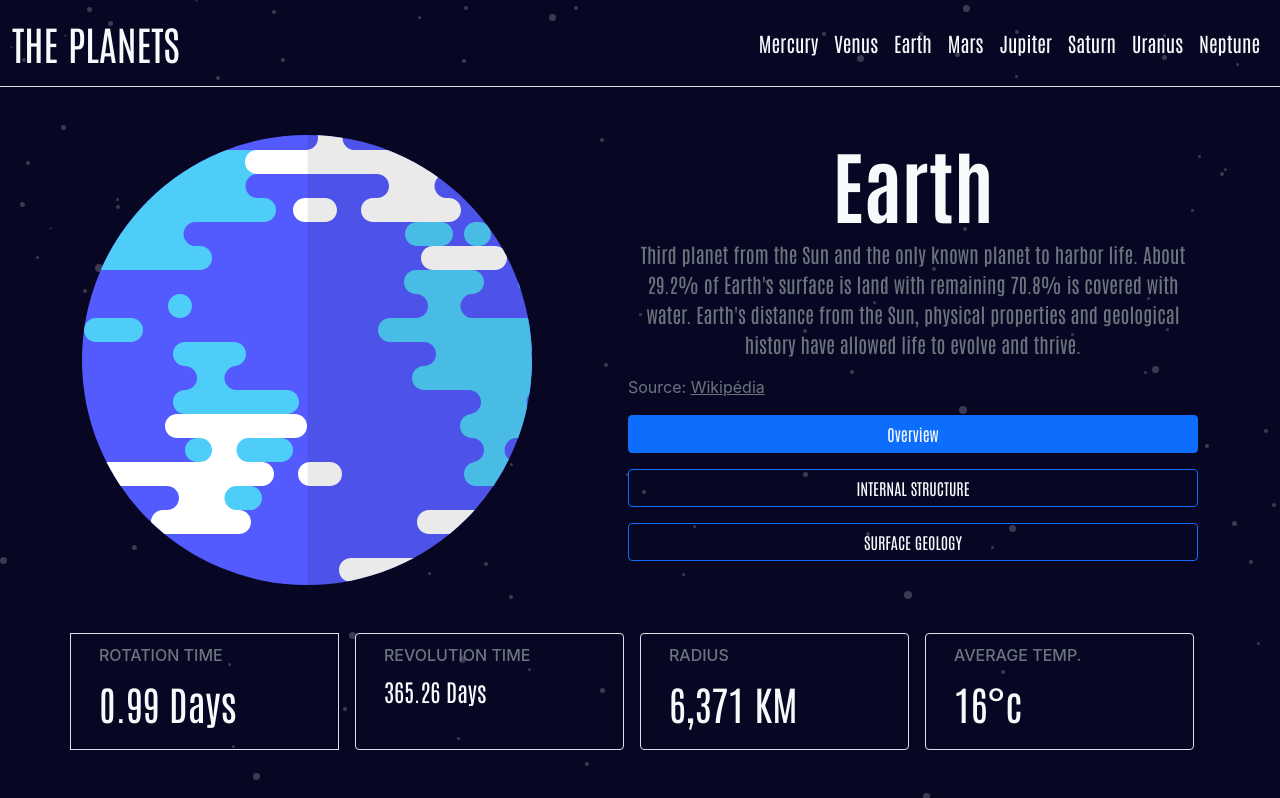
Repository: andre06x/the-planets
Page: /
The author's editor kept a copy of each file at every save. The page is drawn from the files as they stood at one save, then again after the next save.
The browser window is 1280 px wide. The pictures show the whole page.
The project was rebuilt for these pictures with package versions that can differ from the ones it lists, and the page was loaded fresh each time.

Above is the page before, as saved 2021-10-19 16:38:21.

### public/index.html
<!DOCTYPE html>
<html lang="en">

<head>
  <meta charset="utf-8" />
  <link rel="icon" href="%PUBLIC_URL%/favicon.ico" />
  <meta name="viewport" content="width=device-width, initial-scale=1" />
  <meta name="theme-color" content="#000000" />
  <link rel="preconnect" href="https://fonts.googleapis.com">
  <link rel="preconnect" href="https://fonts.gstatic.com" crossorigin>
  <link href="https://fonts.googleapis.com/css2?family=Antonio:wght@400;500;600;700&display=swap" rel="stylesheet">
  <meta name="description" content="Web site created using create-react-app" />
  <link rel="apple-touch-icon" href="%PUBLIC_URL%/logo192.png" />
  <link rel="manifest" href="%PUBLIC_URL%/manifest.json" />
  <link rel="stylesheet" href="%PUBLIC_URL%/bootstrap-5.1.3-dist/css/bootstrap.min.css">
  <title>React App</title>
</head>

<body>
  <noscript>You need to enable JavaScript to run this app.</noscript>
  <div id="root"></div>
  <script src="./bootstrap-5.1.3-dist/js/bootstrap.min.js"></script>
</body>

</html>

### src/index.js
import React from 'react';
import ReactDOM from 'react-dom';
import App from './App';
import reportWebVitals from './reportWebVitals';
import Global from './styles/global';

ReactDOM.render(
  <React.StrictMode>
    <Global />
    <App />
  </React.StrictMode>,
  document.getElementById('root')
);

// If you want to start measuring performance in your app, pass a function
// to log results (for example: reportWebVitals(console.log))
// or send to an analytics endpoint. Learn more: https://bit.ly/CRA-vitals
reportWebVitals();

### src/App.js
import logo from './logo.svg';
// import './App.css';
import Header from './components/Header';
import Container from './components/Container';

function App() {
  return (
    <div className="App">
      <Header />
      <Container />
    </div>
  );
}

export default App;

### src/styles/global.js
import { createGlobalStyle } from 'styled-components';
import img from '../background-stars.svg';

export default createGlobalStyle`
  body {
    background-image: url(${img});
    background-color: #070724;
    background-repeat: repeat;
  margin: 0;
  font-family: -apple-system, BlinkMacSystemFont, 'Segoe UI', 'Roboto', 'Oxygen',
    'Ubuntu', 'Cantarell', 'Fira Sans', 'Droid Sans', 'Helvetica Neue',
    sans-serif;
  -webkit-font-smoothing: antialiased;
  -moz-osx-font-smoothing: grayscale;
}

code {
  font-family: source-code-pro, Menlo, Monaco, Consolas, 'Courier New',
    monospace;
}
`;

### src/components/Header.js
import React, { useEffect } from 'react';
import data from '../data.json';
import { usePlanet } from '../zustand';

const Header = () => {
  const planetSetar = usePlanet(state => state.nomePlanet);
  const planet = usePlanet(state => state.planet);

  useEffect(() => {
    console.log(planet)
  }, [planet])

  return (
    <nav class="navbar navbar-expand-lg navbar-dark bg-transparent border-bottom border-muted ">
      <div class="container-fluid d-flex justify-content-between">
        <a class="navbar-brand fs-1 text-light font-antonio" href="#">THE PLANETS</a>
        <button class="navbar-toggler text-light" type="button" data-bs-toggle="collapse" data-bs-target="#navbarSupportedContent" aria-controls="navbarSupportedContent" aria-expanded="false" aria-label="Toggle navigation">
          <span class="navbar-toggler-icon text-light"></span>
        </button>
        <div class="collapse navbar-collapse justify-content-end" id="navbarSupportedContent">
          <div>
            <ul class="navbar-nav me-auto mb-2 mb-lg-0">
              {
                data.map(d => (
                  <li class="nav-item">
                    <a
                      class="nav-link active text-light fs-5 font-antonio"
                      aria-current="page"
                      href="#"
                      onClick={() => planetSetar(d.name)}
                    >
                      {d.name}
                    </a>
                  </li>
                ))
              }
            </ul>
          </div>
        </div>
      </div>
    </nav>
  )
}



export default Header

### src/components/Container.js
import React, { useEffect, useState } from 'react';
// import earth from '../assets/planet-earth.svg';
import data from '../data.json';
import { usePlanet } from '../zustand';

const Container = () => {
  const [selectBox, setSelectBox] = useState(1);
  const planet = usePlanet(state => state.planet);
  // const [planet, setPlanet] = useState('Earth');
  const [text, setText] = useState(data.filter(d => d.name === planet)[0].overview);
  const [imagee, setImagee] = useState('assets/planet-earth.svg');
  const [dataPlanet, setDataPlanet] = useState(['']);



  const op = [
    { id: 1, titulo: 'Overview' },
    { id: 2, titulo: 'INTERNAL STRUCTURE' },
    { id: 3, titulo: 'SURFACE GEOLOGY' },
  ]

  function buttonChange(o) {
    setSelectBox(o.id);

    if (o.id === 1) {
      setText(data.filter(d => d.name === planet)[0].overview);
      setImagee(data.filter(d => d.name === planet)[0].images.planet);
    }

    if (o.id === 2) {
      setText(data.filter(d => d.name === planet)[0].structure);
      setImagee(data.filter(d => d.name === planet)[0].images.internal);

    }

    if (o.id === 3) {
      setText(data.filter(d => d.name === planet)[0].geology);
      setImagee(data.filter(d => d.name === planet)[0].images.geology);

    }

  }

  useEffect(() => {
    setDataPlanet(data.filter(d => d.name === planet)[0]);
    setImagee(data.filter(d => d.name === planet)[0].images.planet);
    setText(data.filter(d => d.name === planet)[0].overview);
    setSelectBox(1);

  }, [planet]);
  return (
    <div className="container mt-md-5">
      <div className="d-flex flex-column">
        <div className="d-flex flex-md-row flex-column-reverse justify-content-between">
          <div className="me-md-5 d-flex justify-content-center">
            <img src={imagee} alt="" />
          </div>
          <div className="ms-md-5 d-flex flex-md-column flex-column-reverse">
            <h1 className="display-1 text-light font-antonio fw-bold text-center">
              {planet}
            </h1>
            <p className="lead text-muted font-antonio text-center">
              {text.content}
            </p>
            <span className="text-secondary">
              Source: <a href="" className="text-secondary"> Wikipédia</a>
            </span>

            <div className="d-flex flex-md-column mt-md-3 font-antonio fw-bold">
              {op.map(o => (
                <button
                  className={`btn text-light btn-outline-primary mb-3 col-4 col-md-12 ${selectBox === o.id ? ' btn-primary' : ''}`}
                  onClick={() => buttonChange(o)}
                >
                  {o.titulo}
                </button>
              ))}
            </div>
          </div>
        </div>
      </div>
      <div className="row mt-5 mb-5 flex-md-row flex-column">
        <div class="col me-3 bg-transparent border">
          <div class="card-body">
            <h6 class="card-subtitle mb-2 text-muted">
              ROTATION TIME
            </h6>
            <p class="card-text text-light font-antonio fs-1">
              {dataPlanet.rotation}
            </p>
          </div>
        </div>
        <div class="card col me-3 bg-transparent border">
          <div class="card-body">
            <h6 class="card-subtitle mb-2 text-muted">
              REVOLUTION TIME
            </h6>
            <p class="card-text text-light font-antonio fs-md-1 fs-4">
              {dataPlanet.revolution}
            </p>
          </div>
        </div>
        <div class="card col me-3 bg-transparent border">
          <div class="card-body">
            <h6 class="card-subtitle mb-2 text-muted">
              RADIUS
            </h6>
            <p class="card-text text-light font-antonio fs-1">
              {dataPlanet.radius}
            </p>
          </div>
        </div>
        <div class="card col me-3 bg-transparent border">
          <div class="card-body">
            <h6 class="card-subtitle mb-2 text-muted">
              AVERAGE TEMP.
            </h6>
            <p class="card-text text-light font-antonio fs-1">
              {dataPlanet.temperature}
            </p>
          </div>
        </div>
      </div>
    </div>
  )
}

export default Container;

### src/data.json
[
  {
    "name": "Mercury",
    "overview": {
      "content": "Mercury is the smallest planet in the Solar System and the closest to the Sun. Its orbit around the Sun takes 87.97 Earth days, the shortest of all the Sun's planets. Mercury is one of four terrestrial planets in the Solar System, and is a rocky body like Earth.",
      "source": "https://en.wikipedia.org/wiki/Mercury_(planet)"
    },
    "structure": {
      "content": "Mercury appears to have a solid silicate crust and mantle overlying a solid, iron sulfide outer core layer, a deeper liquid core layer, and a solid inner core. The planet's density is the second highest in the Solar System at 5.427 g/cm3 , only slightly less than Earth's density.",
      "source": "https://en.wikipedia.org/wiki/Mercury_(planet)#Internal_structure"
    },
    "geology": {
      "content": "Mercury's surface is similar in appearance to that of the Moon, showing extensive mare-like plains and heavy cratering, indicating that it has been geologically inactive for billions of years. It is more heterogeneous than either Mars's or the Moon’s.",
      "source": "https://en.wikipedia.org/wiki/Mercury_(planet)#Surface_geology"
    },
    "rotation": "58.6 Days",
    "revolution": "87.97 Days",
    "radius": "2,439.7 KM",
    "temperature": "430°c",
    "images": {
      "planet": "assets/planet-mercury.svg",
      "internal": "assets/planet-mercury-internal.svg",
      "geology": "assets/geology-mercury.png"
    }
  },
  {
    "name": "Venus",
    "overview": {
      "content": "Venus is the second planet from the Sun. It is named after the Roman goddess of love and beauty. As the brightest natural object in Earth's night sky after the Moon, Venus can cast shadows and can be, on rare occasions, visible to the naked eye in broad daylight.",
      "source": "https://en.wikipedia.org/wiki/Venus"
    },
    "structure": {
      "content": "The similarity in size and density between Venus and Earth suggests they share a similar internal structure: a core, mantle, and crust. Like that of Earth, Venusian core is most likely at least partially liquid because the two planets have been cooling at about the same rate.",
      "source": "https://en.wikipedia.org/wiki/Venus#Internal_structure"
    },
    "geology": {
      "content": "Much of the Venusian surface appears to have been shaped by volcanic activity. Venus has several times as many volcanoes as Earth, and it has 167 large volcanoes that are over 100 km (60 mi) across. The only volcanic complex of this size on Earth is the Big Island of Hawaii.",
      "source": "https://en.wikipedia.org/wiki/Venus#Surface_geology"
    },
    "rotation": "243 Days",
    "revolution": "224.7 Days",
    "radius": "6,051.8 KM",
    "temperature": "471°c",
    "images": {
      "planet": "assets/planet-venus.svg",
      "internal": "assets/planet-venus-internal.svg",
      "geology": "assets/geology-venus.png"
    }
  },
  {
    "name": "Earth",
    "overview": {
      "content": "Third planet from the Sun and the only known planet to harbor life. About 29.2% of Earth's surface is land with remaining 70.8% is covered with water. Earth's distance from the Sun, physical properties and geological history have allowed life to evolve and thrive.",
      "source": "https://en.wikipedia.org/wiki/Earth"
    },
    "structure": {
      "content": "Earth's interior, like that of the other terrestrial planets, is divided into layers by their chemical or physical (rheological) properties. The outer layer is a chemically distinct silicate solid crust, which is underlain by a highly viscous solid mantle.",
      "source": "https://en.wikipedia.org/wiki/Earth#Internal_structure"
    },
    "geology": {
      "content": "The total surface area of Earth is about 510 million km2. The continental crust consists of lower density material such as the igneous rocks granite and andesite. Less common is basalt, a denser volcanic rock that is the primary constituent of the ocean floors.",
      "source": "https://en.wikipedia.org/wiki/Earth#Surface"
    },
    "rotation": "0.99 Days",
    "revolution": "365.26 Days",
    "radius": "6,371 KM",
    "temperature": "16°c",
    "images": {
      "planet": "assets/planet-earth.svg",
      "internal": "assets/planet-earth-internal.svg",
      "geology": "assets/geology-earth.png"
    }
  },
  {
    "name": "Mars",
    "overview": {
      "content": "Mars is the fourth planet from the Sun and the second-smallest planet in the Solar System, being larger than only Mercury. In English, Mars carries the name of the Roman god of war and is often referred to as the \"Red Planet\".",
      "source": "https://en.wikipedia.org/wiki/Mars"
    },
    "structure": {
      "content": "Like Earth, Mars has differentiated into a dense metallic core overlaid by less dense materials. Scientists initially determined that the core is at least partially liquid. Current models of its interior imply a core consisting primarily of iron and nickel with about 16–17% sulfur.",
      "source": "https://en.wikipedia.org/wiki/Mars#Internal_structure"
    },
    "geology": {
      "content": "Mars is a terrestrial planet whose surface consists of minerals containing silicon and oxygen, metals, and other elements that typically make up rock. The surface is primarily composed of tholeiitic basalt, although parts are more silica-rich than typical basalt.",
      "source": "https://en.wikipedia.org/wiki/Mars#Surface_geology"
    },
    "rotation": "1.03 Days",
    "revolution": "1.88 Years",
    "radius": "3,389.5 KM",
    "temperature": "-28°c",
    "images": {
      "planet": "assets/planet-mars.svg",
      "internal": "assets/planet-mars-internal.svg",
      "geology": "assets/geology-mars.png"
    }
  },
  {
    "name": "Jupiter",
    "overview": {
      "content": "Jupiter is the fifth planet from the Sun and the largest in the Solar System. It is a gas giant with a mass two and a half times that of all the other planets in the Solar System combined, but less than one-thousandth the mass of the Sun.",
      "source": "https://en.wikipedia.org/wiki/Jupiter"
    },
    "structure": {
      "content": "When the Juno arrived in 2016, it found that Jupiter has a very diffuse core that mixes into its mantle. A possible cause is an impact from a planet of about ten Earth masses a few million years after Jupiter's formation, which would have disrupted an originally solid Jovian core.",
      "source": "https://en.wikipedia.org/wiki/Jupiter#Internal_structure"
    },
    "geology": {
      "content": "The best known feature of Jupiter is the Great Red Spot, a persistent anticyclonic storm located 22° south of the equator. It is known to have existed since at least 1831, and possibly since 1665.",
      "source": "https://en.wikipedia.org/wiki/Jupiter#Great_Red_Spot_and_other_vortices"
    },
    "rotation": "9.93 Hours",
    "revolution": "11.86 Years",
    "radius": "69,911 KM",
    "temperature": "-108°c",
    "images": {
      "planet": "assets/planet-jupiter.svg",
      "internal": "assets/planet-jupiter-internal.svg",
      "geology": "assets/geology-jupiter.png"
    }
  },
  {
    "name": "Saturn",
    "overview": {
      "content": "Saturn is the sixth planet from the Sun and the second-largest in the Solar System, after Jupiter. It is a gas giant with an average radius of about nine and a half times that of Earth. It only has one-eighth the average density of Earth.",
      "source": "https://en.wikipedia.org/wiki/Saturn"
    },
    "structure": {
      "content": "Despite consisting mostly of hydrogen and helium, most of Saturn's mass is not in the gas phase, because hydrogen becomes a non-ideal liquid when the density is above 0.01 g/cm3, which is reached at a radius containing 99.9% of Saturn's mass.",
      "source": "https://en.wikipedia.org/wiki/Saturn#Internal_structure"
    },
    "geology": {
      "content": "The outer atmosphere of Saturn contains 96.3% molecular hydrogen and 3.25% helium by volume. The planet's most famous feature is its prominent ring system, which is composed mostly of ice particles with a smaller amount of rocky debris and dust.",
      "source": "https://en.wikipedia.org/wiki/Saturn#Atmosphere"
    },
    "rotation": "10.8 Hours",
    "revolution": "29.46 Years",
    "radius": "58,232 KM",
    "temperature": "-138°c",
    "images": {
      "planet": "assets/planet-saturn.svg",
      "internal": "assets/planet-saturn-internal.svg",
      "geology": "assets/geology-saturn.png"
    }
  },
  {
    "name": "Uranus",
    "overview": {
      "content": "Uranus is the seventh planet from the Sun. Its name is a reference to the Greek god of the sky, Uranus according to Greek mythology, was the great-grandfather of Ares. It has the third-largest planetary radius and fourth-largest planetary mass in the Solar System.",
      "source": "https://en.wikipedia.org/wiki/Uranus"
    },
    "structure": {
      "content": "The standard model of Uranus's structure is that it consists of three layers: a rocky (silicate/iron–nickel) core in the centre, an icy mantle in the middle and an outer gaseous hydrogen/helium envelope. The core is relatively small, with a mass of only 0.55 Earth masses.",
      "source": "https://en.wikipedia.org/wiki/Uranus#Internal_structure"
    },
    "geology": {
      "content": "The composition of Uranus's atmosphere is different from its bulk, consisting mainly of molecular hydrogen and helium. The helium molar fraction, i.e. the number of helium atoms per molecule of gas, is 0.15±0.03 in the upper troposphere.",
      "source": "https://en.wikipedia.org/wiki/Uranus#Atmosphere"
    },
    "rotation": "17.2 Hours",
    "revolution": "84 Years",
    "radius": "25,362 KM",
    "temperature": "-195°c",
    "images": {
      "planet": "assets/planet-uranus.svg",
      "internal": "assets/planet-uranus-internal.svg",
      "geology": "assets/geology-uranus.png"
    }
  },
  {
    "name": "Neptune",
    "overview": {
      "content": "Neptune is the eighth and farthest-known Solar planet from the Sun. In the Solar System, it is the fourth-largest planet by diameter, the third-most-massive planet, and the densest giant planet. It is 17 times the mass of Earth, more massive than its near-twin Uranus.",
      "source": "https://en.wikipedia.org/wiki/Neptune"
    },
    "structure": {
      "content": "Neptune's internal structure resembles that of Uranus. Its atmosphere forms about 5% to 10% of its mass and extends perhaps 10% to 20% of the way towards the core. Increasing concentrations of methane, ammonia and water are found in the lower regions.",
      "source": "https://en.wikipedia.org/wiki/Neptune#Internal_structure"
    },
    "geology": {
      "content": "Neptune's atmosphere is 80% hydrogen and 19% helium. A trace amount of methane is also present. Prominent absorption bands of methane exist at wavelengths above 600 nm, in the red and infrared portion of the spectrum.",
      "source": "https://en.wikipedia.org/wiki/Neptune#Atmosphere"
    },
    "rotation": "16.08 Hours",
    "revolution": "164.79 Years",
    "radius": "24,622 KM",
    "temperature": "-201°c",
    "images": {
      "planet": "assets/planet-neptune.svg",
      "internal": "assets/planet-neptune-internal.svg",
      "geology": "assets/geology-neptune.png"
    }
  }
]

### src/zustand/index.js
import create from 'zustand';

const usePlanet = create(set => ({
  planet: 'Earth',
  nomePlanet: (namePlanet) => set(state => ({ planet: namePlanet}))
}))

export { usePlanet }

Loaded but not shown: src/reportWebVitals.js (common file); public/bootstrap-5.1.3-dist/css/bootstrap.min.css (library); public/bootstrap-5.1.3-dist/js/bootstrap.min.js (library)

After the next save:
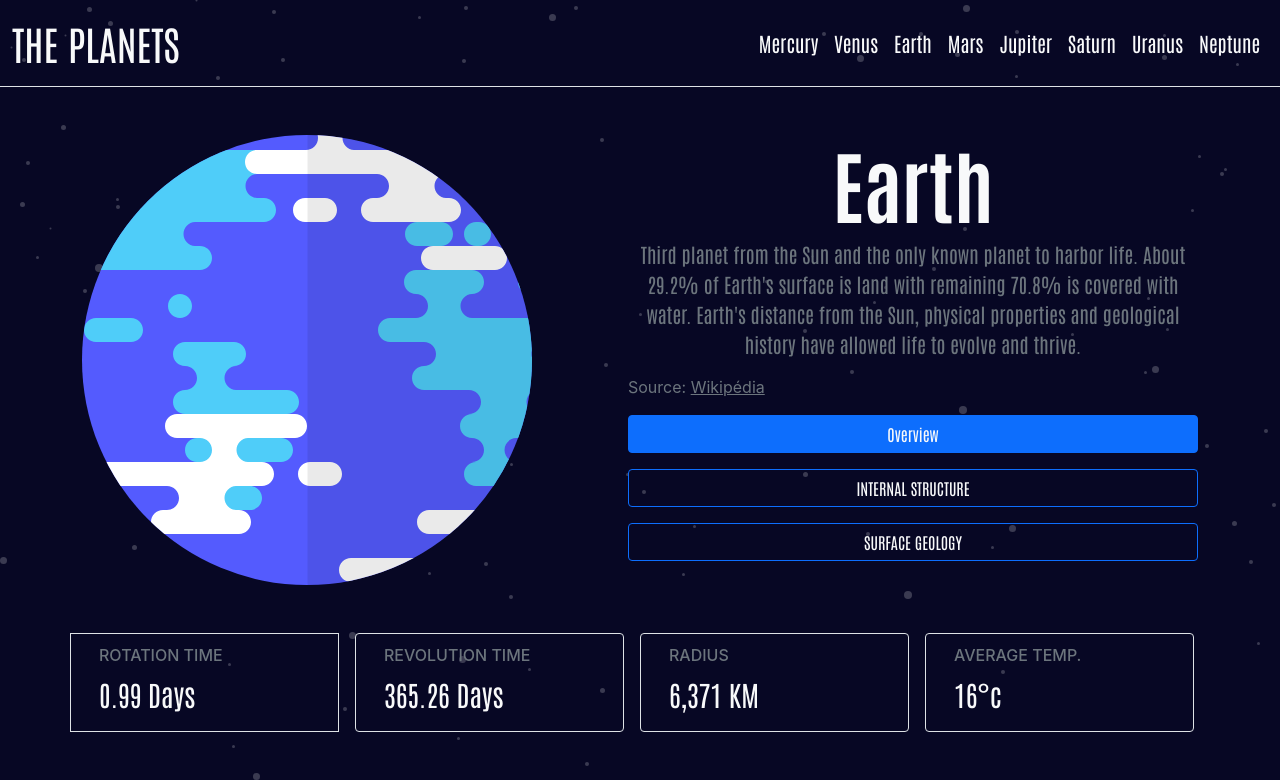
Saved 25 s later.
--- a/src/components/Container.js
+++ b/src/components/Container.js
@@ -85,7 +85,7 @@ const Container = () => {
             <h6 class="card-subtitle mb-2 text-muted">
               ROTATION TIME
             </h6>
-            <p class="card-text text-light font-antonio fs-1">
+            <p class="card-text text-light font-antonio fs-md-1 fs-3">
               {dataPlanet.rotation}
             </p>
           </div>
@@ -95,7 +95,7 @@ const Container = () => {
             <h6 class="card-subtitle mb-2 text-muted">
               REVOLUTION TIME
             </h6>
-            <p class="card-text text-light font-antonio fs-md-1 fs-4">
+            <p class="card-text text-light font-antonio fs-md-1 fs-3">
               {dataPlanet.revolution}
             </p>
           </div>
@@ -105,7 +105,7 @@ const Container = () => {
             <h6 class="card-subtitle mb-2 text-muted">
               RADIUS
             </h6>
-            <p class="card-text text-light font-antonio fs-1">
+            <p class="card-text text-light font-antonio fs-md-1 fs-3">
               {dataPlanet.radius}
             </p>
           </div>
@@ -115,7 +115,7 @@ const Container = () => {
             <h6 class="card-subtitle mb-2 text-muted">
               AVERAGE TEMP.
             </h6>
-            <p class="card-text text-light font-antonio fs-1">
+            <p class="card-text text-light font-antonio fs-md-1 fs-3">
               {dataPlanet.temperature}
             </p>
           </div>
